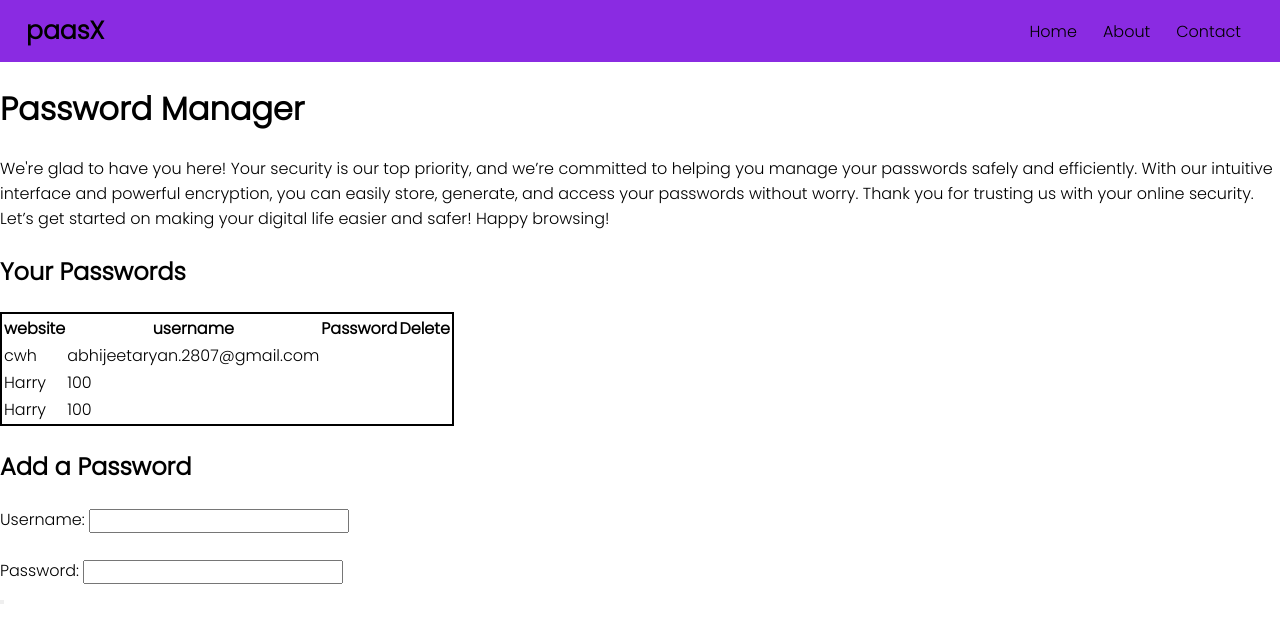
Repository: Abhi2807ar/PASSWORD-MANAGER
Page: index.html
An editor plug-in stored every save of this project. The page is shown before and after the next save, followed by the edit.
The browser window is 1280 px wide. The pictures show the whole page.

Above is the page before, as saved 2024-10-14 15:12:59.

After the next save:
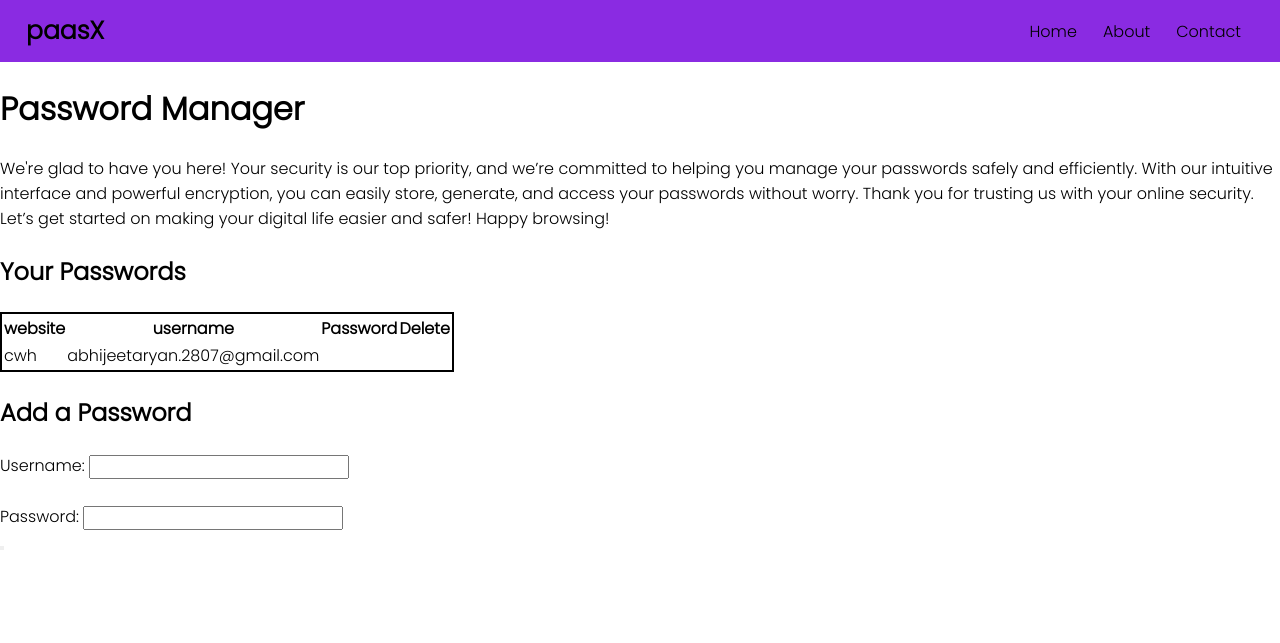
Saved 96 min 59 s later.
--- a/index.html
+++ b/index.html
@@ -38,14 +38,7 @@ Happy browsing!
             <tr>
               <td>cwh</td>
               <td>abhijeetaryan.2807@gmail.com</td>
-            </tr>
-            <tr>
-                <td>Harry</td>
-                <td>100</td>
-              </tr>
-              <tr>
-                <td>Harry</td>
-                <td>100</td>
+
               </tr>
           </table>
         <h2>Add a Password</h2>
